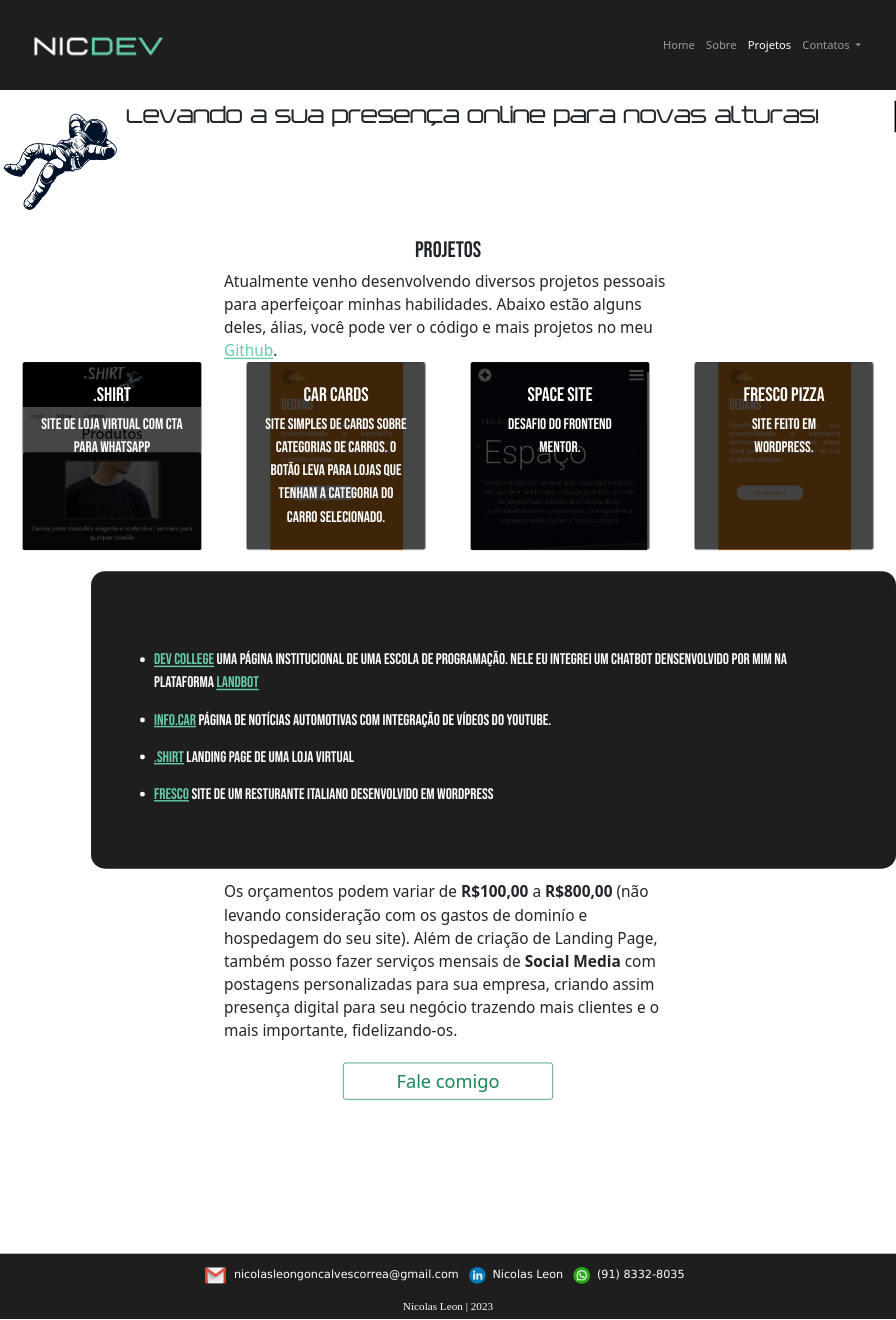
Repository: Leonngc/nicdev
Page: projects.html
These files come from the project's save history. The page is drawn as it stood at one moment and after a run of saves; the edit follows.
The browser window is 1280 px wide. The pictures show the whole page, at 70% of full size.

Above is the page before, as saved 2023-06-04 23:11:36.

### projects.html
<!DOCTYPE html>
<html lang="pt-br">
  <head>
    <meta charset="UTF-8" />
    <meta http-equiv="X-UA-Compatible" content="IE=edge" />
    <meta name="viewport" content="width=device-width, initial-scale=1.0" />
    <title>nicdev - Projetos</title>
    <!-- Google tag (gtag.js) -->
<script async src="https://www.googletagmanager.com/gtag/js?id=G-E2XWESC90Y"></script>
<script>
  window.dataLayer = window.dataLayer || [];
  function gtag(){dataLayer.push(arguments);}
  gtag('js', new Date());

  gtag('config', 'G-E2XWESC90Y');
</script>
    <link
      href="https://cdn.jsdelivr.net/npm/bootstrap@5.0.2/dist/css/bootstrap.min.css"
      rel="stylesheet"
      integrity="sha384-EVSTQN3/azprG1Anm3QDgpJLIm9Nao0Yz1ztcQTwFspd3yD65VohhpuuCOmLASjC"
      crossorigin="anonymous"
    />

    <link rel="stylesheet" href="styles/scrollbar.css" />
    <link rel="stylesheet" href="styles/footer.css" />
    <link rel="stylesheet" href="styles/projects.css"/>
    ">
  </head>
  <body>
    <header style="background-color: #1e1e1e; padding: 30px" class="fixed-top">
      <nav class="navbar navbar-expand-lg navbar-dark">
        <div class="container-fluid">
          <a class="navbar-brand" href="index.html"
            ><img
              src="images/nicdev-logo.png"
              alt="logo da NicDev"
              style="width: 200px"
          /></a>
          <button
            class="navbar-toggler"
            type="button"
            data-bs-toggle="collapse"
            data-bs-target="#navbarNavDropdown"
            aria-controls="navbarNavDropdown"
            aria-expanded="false"
            aria-label="Toggle navigation"
          >
            <span class="navbar-toggler-icon"></span>
          </button>
          <div
            class="collapse navbar-collapse justify-content-end"
            id="navbarNavDropdown"
          >
            <ul class="navbar-nav">
              <li class="nav-item">
                <a class="nav-link" href="index.html" target="_parent">Home</a>
              </li>
              <li class="nav-item">
                <a class="nav-link" href="about.html" target="_parent">Sobre</a>
              </li>
              <li class="nav-item">
                <a class="nav-link active disabled" href="#">Projetos</a>
              </li>
              <li class="nav-item dropdown">
                <a
                  class="nav-link dropdown-toggle"
                  href="#"
                  id="navbarDropdownMenuLink"
                  role="button"
                  data-bs-toggle="dropdown"
                  aria-expanded="false"
                >
                  Contatos
                </a>
                <ul
                  class="dropdown-menu"
                  aria-labelledby="navbarDropdownMenuLink"
                >
                  <li>
                    <a class="dropdown-item" href="https://wa.me/91983328035"
                      >WhatsApp
                      <img src="images/whatsapp.png" alt="" class="redes-logo"
                    /></a>
                  </li>
                  <li>
                    <a class="dropdown-item" href="mailto:nicolasleongoncalvescorre@gmail.com?Subject=Interesse%20em%20um%20website&Body=Ola%2C%20vi%20seu%20site%20de%20portfolio%20e%20fiquei%20interessado%20em%20fazer%20um%20or%E7amento.%0A%0A---obs%28Retornarei%20seu%20email%20em%20ate%2030%20minutos%29"
                      >Email
                      <img src="images/gmail (1).png" alt="" class="redes-logo"
                    /></a>
                  </li>
                  <li>
                    <a class="dropdown-item" href="https://www.linkedin.com/in/nicolas-leon-70038921b/"
                      >Linkedin
                      <img src="images/linkedin.png" alt="" class="redes-logo"
                    /></a>
                  </li>
                </ul>
              </li>
            </ul>
          </div>
        </div>
      </nav>
    </header>

  <div class="slogan-container">
    <img src="images/astronauta.png" alt="" class="astronauta"> <p class="slogan">Levando a sua presença online para novas alturas!</p>
  </div>
    <main>
      <h2>Projetos</h2>

      <p>Atualmente venho desenvolvendo diversos projetos pessoais para aperfeiçoar minhas habilidades. Abaixo estão alguns deles, álias, você pode ver o código  e mais projetos no meu <a href="https://github.com/Leonngc" target="_blank">Github</a>.</p>


      <section class="cards-container">
        <div class="card" id="card-0">
          <div class="info-card">
            <h3>.Shirt</h3>
            <p>Site de loja virtual com CTA para WhatsApp</p>
          </div>
        </div>
        <div class="card" id="card-1">
          <div class="info-card">
            <h3>
              Car Cards
            </h3>
            <p>Site simples de cards sobre categorias de carros. O botão leva para lojas que tenham a categoria do carro selecionado.</p>
          </div>
        </div>
        <div class="card" id="card-2">
          <div class="info-card">
            <h3>
              Space Site
            </h3>
            <p>Desafio do Frontend Mentor.</p>
          </div>
        </div>
        <div class="card" id="card-3">
          <div class="info-card">
            <h3>
              Fresco Pizza
            </h3>
            <p>Site feito em Wordpress.</p>
          </div>
        </div>
      </section>




      <ul>
        <li><a href="https://leonngc.github.io/dev-college/" target="_blank">Dev College</a> Uma página institucional de uma escola de programação. Nele eu integrei um chatbot  densenvolvido por mim na plataforma <a href="https://landbot.io/" target="_blank">Landbot</a>
        </li>
        <li>
          <a href="https://leonngc.github.io/projeto-info.car/" target="_blank">Info.Car</a> página de notícias automotivas com integração de vídeos do Youtube.
        </li>

        <li>
          <a href="https://leonngc.github.io/projeto-shirt/" target="_blank">.Shirt</a> Landing Page de uma loja virtual
        </li>

        <li>
          <a href="https://pizzasitewp.netlify.app/" target="_blank">Fresco</a> Site de um resturante italiano desenvolvido em Wordpress
        </li>

      </ul>

      <p>Os orçamentos podem variar de <strong>R$100,00</strong> a <strong>R$800,00</strong> (não levando consideração com os gastos de dominío e hospedagem do seu site). Além de criação de Landing Page, também posso fazer serviços mensais de <strong>Social Media</strong> com postagens personalizadas para sua empresa, criando assim presença digital para seu negócio trazendo mais clientes e o mais importante, fidelizando-os.</p>
      <a href="https://wa.me/91983328035" target="_blank"><button type="button" class="btn btn-outline-success" style="width: 300px; font-size: 26px; margin-bottom: 20px; margin-top: 30px;">Fale comigo</button></a>
    </main>

    <footer>
      <p><img src="images/gmail.png" alt=""><a href="mailto:nicolasleongoncalvescorre@gmail.com?Subject=Interesse%20em%20um%20website&Body=Ola%2C%20vi%20seu%20site%20de%20portfolio%20e%20fiquei%20interessado%20em%20fazer%20um%20or%E7amento.%0A%0A---obs%28Retornarei%20seu%20email%20em%20ate%2030%20minutos%29">nicolasleongoncalvescorrea@gmail.com</a> <img src="images/linkedin.png" alt=""><a href="https://www.linkedin.com/in/nicolas-leon-70038921b/">Nicolas Leon</a> <img src="images/whatsapp.png" alt=""><a href="https://wa.me/91983328035" target="_blank">(91) 8332-8035</a></p>
      <p class="rights">Nicolas Leon | 2023</p>
    </footer>
    <script
      src="https://cdn.jsdelivr.net/npm/bootstrap@5.0.2/dist/js/bootstrap.bundle.min.js"
      integrity="sha384-MrcW6ZMFYlzcLA8Nl+NtUVF0sA7MsXsP1UyJoMp4YLEuNSfAP+JcXn/tWtIaxVXM"
      crossorigin="anonymous"
    ></script>
  </body>
</html>

### styles/scrollbar.css
body{
    overflow-x: hidden;
}
body::-webkit-scrollbar {
    width: 6px;               /* width of the entire scrollbar */
  }

  body::-webkit-scrollbar-track {
    background: rgb(5, 5, 5);        /* color of the tracking area */
  }

  body::-webkit-scrollbar-thumb {
    background-color: #4BC6B9;    /* color of the scroll thumb */
    border-radius: 20px;       /* roundness of the scroll thumb */
  }

  .redes-logo{
    width: 30px;
    padding: 6px;
  }

### styles/footer.css
footer{
    background-color: #1e1e1e;;
    text-align: center;
    margin-top: 200px;
    padding: 15px;
    height: 13vh;
}

footer > p  a{
    padding: 10px;
    text-decoration: none;
    color: white;
    font-family: 'Lucida Sans', 'Lucida Sans Regular', 'Lucida Grande', 'Lucida Sans Unicode', Geneva, Verdana, sans-serif;
}

footer > p > a:hover{
    color: #66CDAA;
    transition: 1s;
}

.rights{
    color: white;
    font-family: 'Times New Roman', Times, serif;
}
 @media screen and (max-width:900px) {
    footer{
        margin-top: 100px;
        height: 16vh;
        word-wrap: break-word;
    }
    footer > p > a{
        color: #d1d5d4;
    }
 }

### styles/projects.css
@import url('https://fonts.googleapis.com/css2?family=Bebas+Neue&display=swap'); /* CDN GOOGLE  FONT */
@import url('https://cdn-uicons.flaticon.com/uicons-solid-straight/css/uicons-solid-straight.css'); /* CDN ICON*/
@font-face {
    font-family: Lastica;
    src: url(../fonts/instrg.ttf);
}

@keyframes typewriter {
    from {
      width: 0%;
    }
    to {
      width: 50%;
    }
  }
  @keyframes blink {
    from {
      border-color: black;
    }
    to {
      border-color: transparent;
    }
  }

*{
    max-width: 100vw;
}

:root{
 --bebas-neue : 'Bebas Neue', cursive;
}

body{
    max-width: 100vw;
    overflow-x: hidden;
}

main{
    margin-top: 150px;
    text-align: center;
}

.slogan-container{
  margin-top: 120px;
}


.slogan{
    font-family: Lastica, sans-serif;
    font-weight: bold;
    font-size: 30px;
    overflow: hidden;
    animation: typewriter 2s steps(15) alternate,
      blink 800ms steps(15)  normal;
    border-right: 2px solid black;
}

.astronauta{
    width: 180px;
    float: left;
}

h2{
    font-family: var(--bebas-neue);
    text-align: center
}

main > p{
    text-align: start;
    margin: auto;
    width: 50vw;
    font-size: 22px;
}

main > ul{
    font-family: var(--bebas-neue);
    font-size: 22px;
    margin-left: 130px;
    margin-top: 30px;
    background-color: #1e1e1e;
    color: white;
    padding: 90px;
    border-radius: 20px;
    text-align: left;
}

main a{
    color: #66CDAA;
}

main > ul > li{
  margin-top: 20px;
}

li > img{
    width: 600px;
    padding: 50px;
}

.cards-container{
  display: flex;
  flex-wrap: wrap;
  justify-content: space-around;
}

.card{
  background-color: #1e1e1e;
  align-items: center;
  width: 20%;
}

.card > img{
  width: 70%;
  filter: opacity(10%);
}


#card-0{
  background-image: url(../images/2023-06-04\ \(1\).png);
  background-repeat: no-repeat;
  background-size: cover;
  box-shadow: inset 0 0 0 50vw rgba(0, 0, 0, 0.727);
}
#card-1{
  background-image: url(../images/carcards.png);
  background-repeat: no-repeat;
  background-size: cover;
  box-shadow: inset 0 0 0 50vw rgba(0, 0, 0, 0.727);
}
#card-2{
  background-image: url(../images/spacesite.png);
  background-repeat: no-repeat;
  background-size: cover;
  box-shadow: inset 0 0 0 50vw rgba(0, 0, 0, 0.727);
}

#card-3{
  background-image: url(../images/carcards.png);
  background-repeat: no-repeat;
  background-size: cover;
  box-shadow: inset 0 0 0 50vw rgba(0, 0, 0, 0.727);
}

.info-card{
  color: white;
  font-family: var(--bebas-neue);
  text-align: center;
  padding: 30px 0 30px;
}

.info-card > p{
  width: 80%;
  margin: auto;
  font-size: 22px;
}

@media screen and (max-width:900px){
    .astronauta{
        width: 100px;
    }
    .slogan{
        font-size: 12px;
        padding: 20px;
    }
    h2{
    margin: auto;
    }
    main{
      margin-top: 100px;
    }
   main > p{
    width: 90vw;
   }

   main > ul{
    margin: auto;
    margin-top: 30px;
    margin-bottom: 30px;
    font-size: 18px;
    padding: 30px;
   }

   main > ul > li{
    padding: 16px;
   }
}

After the next 3 saves:
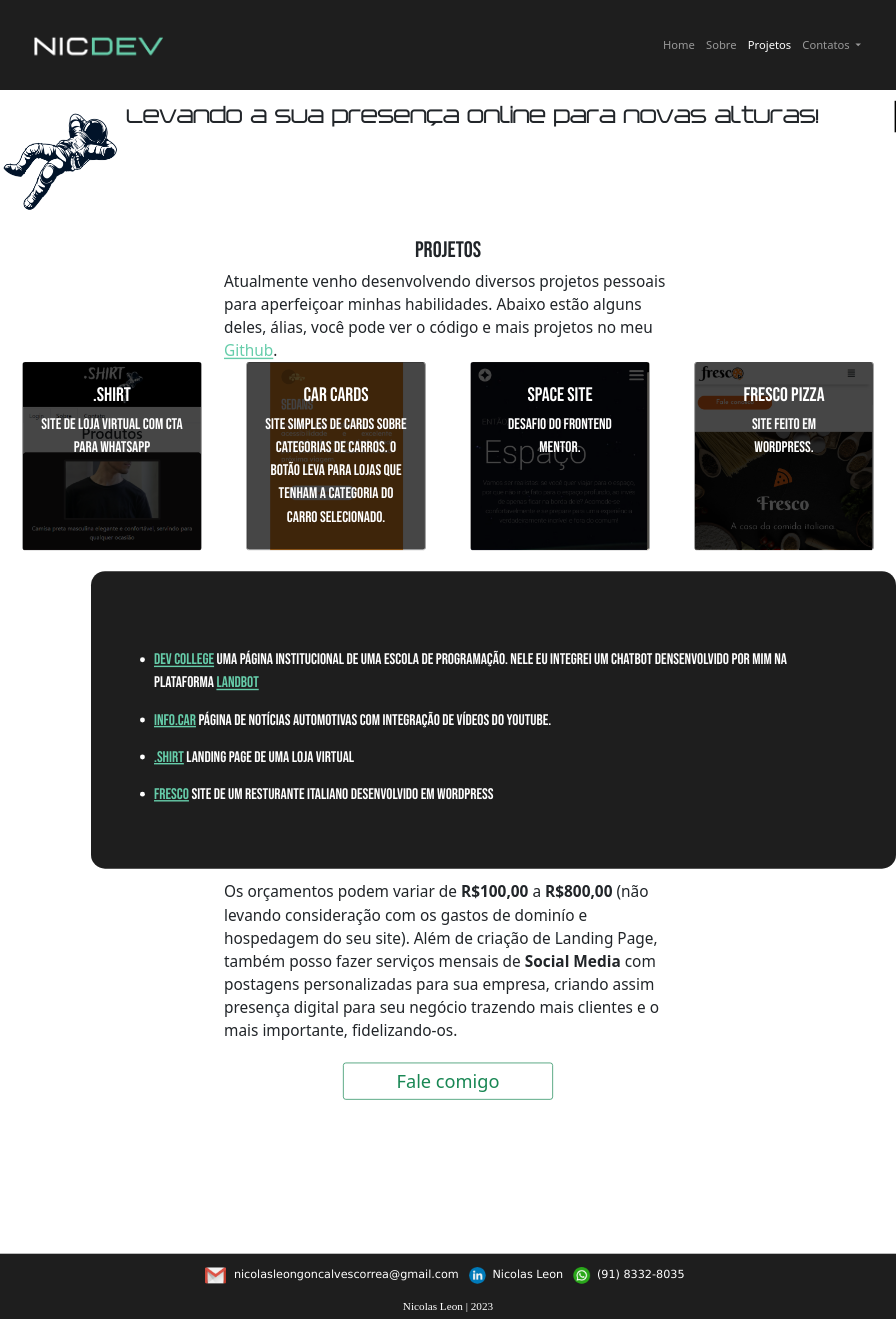
The 3 saves are shown as one change because they came seconds apart.
The last was saved 13 s later.
--- a/styles/projects.css
+++ b/styles/projects.css
@@ -135,7 +135,7 @@ li > img{
 }
 
 #card-3{
-  background-image: url(../images/carcards.png);
+  background-image: url(../images/frescosite.png);
   background-repeat: no-repeat;
   background-size: cover;
   box-shadow: inset 0 0 0 50vw rgba(0, 0, 0, 0.727);
